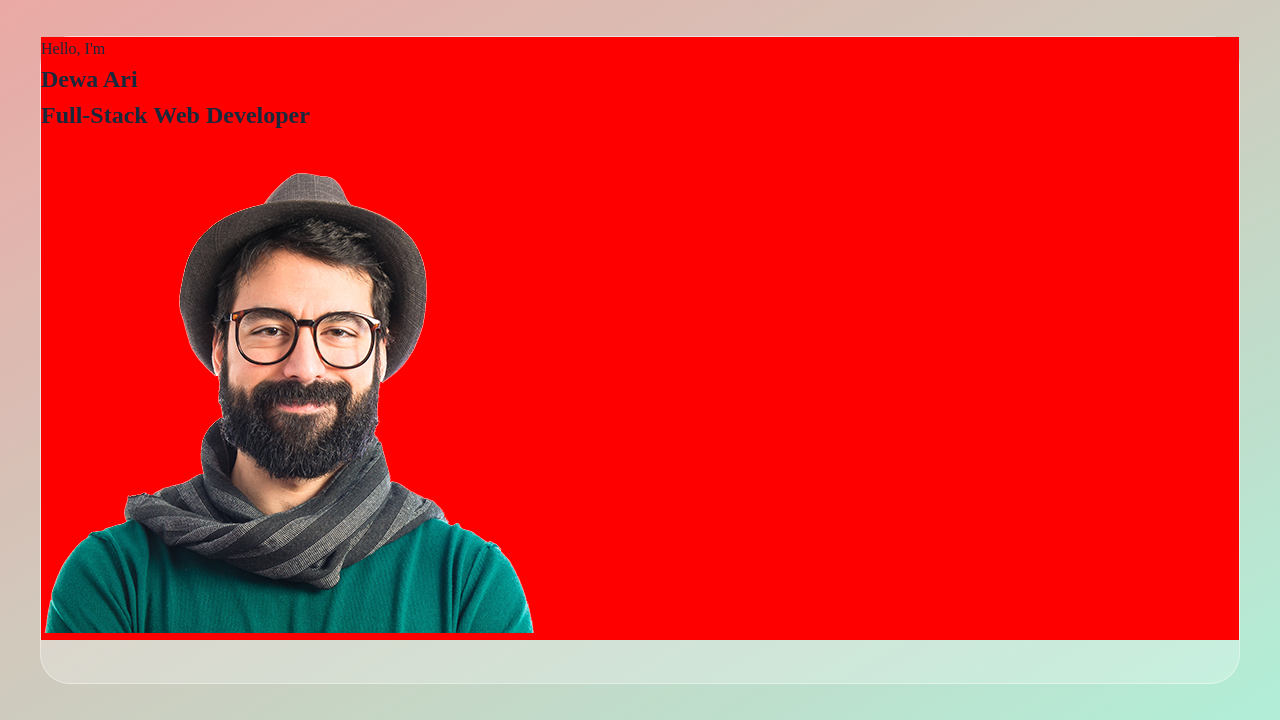
Repository: dewaary/Glassmorp-me
Page: index.html
The author's editor kept a copy of each file at every save. The page is drawn from the files as they stood at one save, then again after the next save.
The browser window is 1280 px wide. The pictures show the whole page.

Above is the page before, as saved 2021-05-12 22:05:57.

### index.html
<!DOCTYPE html>
<html lang="en">
<head>
    <meta charset="UTF-8">
    <meta http-equiv="X-UA-Compatible" content="IE=edge">
    <meta name="viewport" content="width=device-width, initial-scale=1.0">
    <link rel="stylesheet" href="style.css">
    <title>Document</title>
</head>
<body>


    <div class="main">

        <section class="home-section">
            <div class="container">
                <div class="row">
                    <div class="home-text">
                        <p>Hello, I'm</p>
                        <h1>Dewa Ari</h1>
                        <h2>Full-Stack Web Developer</h2>
                    </div>
                    <div class="home-img">
                        <div class="img-box">
                            <img src="img/profile-img.png" alt="profile-img">
                        </div>
                    </div>
                </div>
            </div>
        </section>

    </div>

</body>
</html>

### style.css

:root{
    --main-color: #e02f6b;
    --blue: #0000ff;
    --blue-dark: #18293c;
    --orange: #ffa500;
    --green-yellow: #cddc39;
    --pink-light: #efa2b4;
    --cyan-light: #aef1ee;
    --white: #ffffff;
    --white-alpha-40: rgba(255, 255, 255, 0.40);
    --white-alpha-25: rgba(255, 255, 255, 0.25);
    --backdrop-filter-blur: blur(5px);

}

*{
    box-sizing: border-box;
    padding: 0;
    margin: 0;
    outline: none;
}

::before,
::after{
    box-sizing: border-box;
}

body {
    min-height: 100vh;
    background-image: linear-gradient(to bottom right, var(--pink-light), var(--cyan-light));
    font-size: 16px;
    color: var(--blue-dark);
    line-height: 1.5;
    overflow-x: hidden;
    -webkit-tap-highlight-color: transparent;
    padding: 5vh 15px;
}

body::before{
    content: '';
    position: fixed;
    left: 0;
    top: 0;
    height: 100%;
    width: 100%;
    background-color: var(--green-yellow);
    z-index: -1;
    opacity: 0.12;
}

section {
    background-color: var(--white-alpha-25);
    border: 1px solid var(--white-alpha-40);
    min-height: 90vh;
    border-radius: 30px;
}

.main{
    max-width: 1200px;
    margin: auto;
}

.container {
    background-color: red;
}

After the next save:
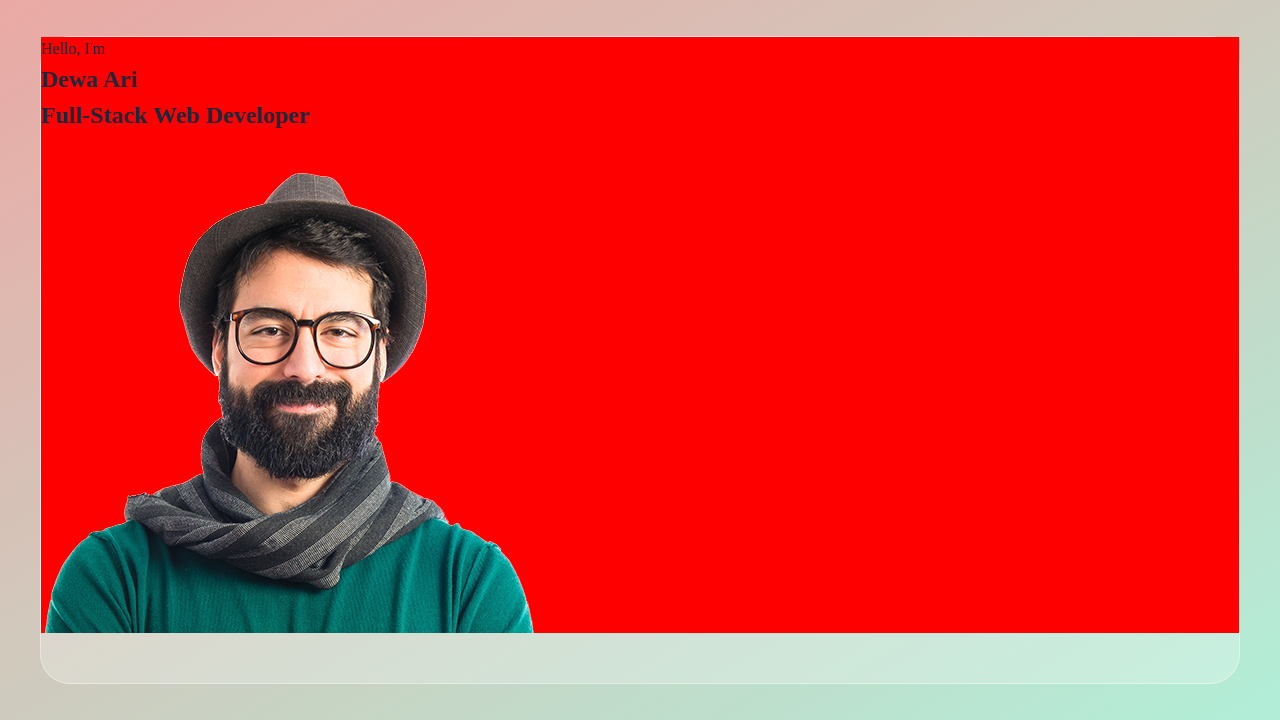
Saved 44 s later.
--- a/style.css
+++ b/style.css
@@ -49,6 +49,11 @@ body::before{
     opacity: 0.12;
 }
 
+img{
+   max-width: 100%;
+   vertical-align: middle;
+}
+
 section {
     background-color: var(--white-alpha-25);
     border: 1px solid var(--white-alpha-40);
